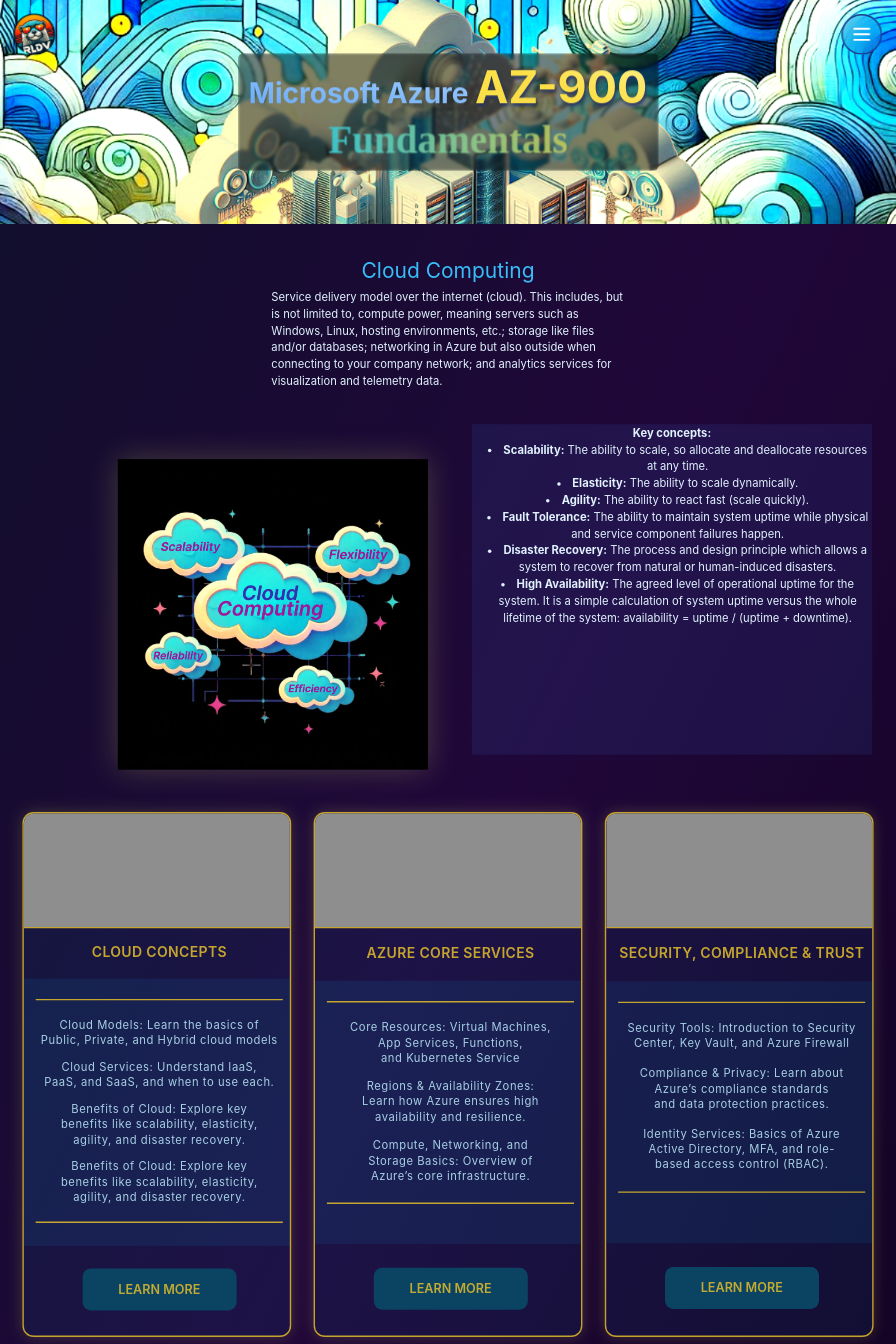
Repository: Freezler/az-900_svelte5
Page: /
The author's editor kept a copy of each file at every save. The page is drawn from the files as they stood at one save, then again after the next save.
The browser window is 1280 px wide. The pictures show the part of the page from y = 0 to 1920 px (the page is 2638 px tall), at 70% of full size.
Pictures or frames that could not be fetched are drawn as grey boxes. The project was rebuilt for these pictures with package versions that can differ from the ones it lists, and the page was loaded fresh each time. The framework's server and built-in components were replaced by stand-ins that run in the browser. Also part of the build but not shown: vite.config.ts.

Above is the page before, as saved 2024-11-10 10:41:53.

After the next save:
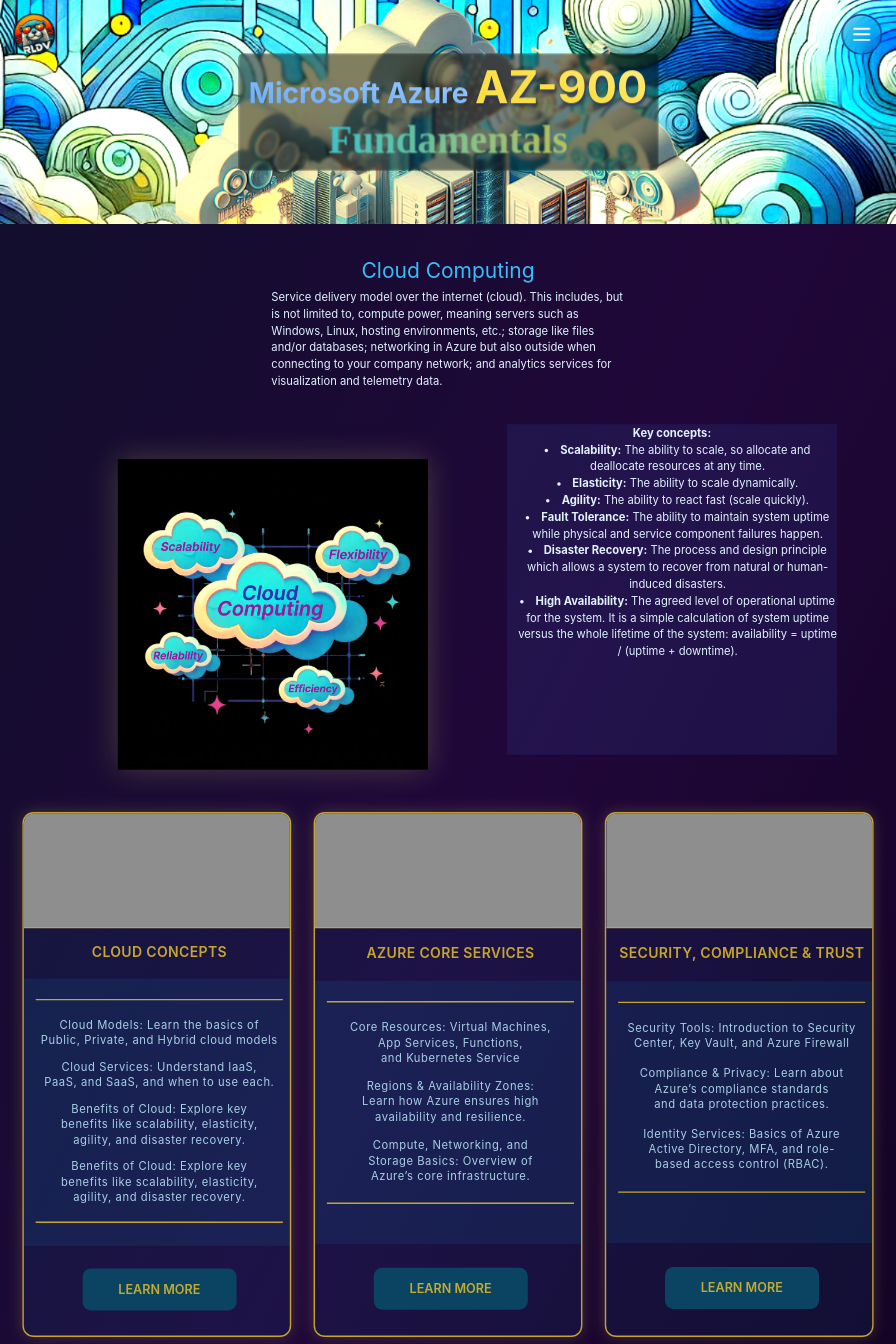
Saved 5 s later.
--- a/src/components/ComputingArticle.svelte
+++ b/src/components/ComputingArticle.svelte
@@ -17,7 +17,7 @@
 		class=" text-sky-100 drop-shadow-[0_0px_22px_rgba(255,255,99,0.2)] w-[572px] place-self-end"
 	/>
 	<article
-		class=" bg-blue-500/10  text-sky-100 w-[572px] h-[472px] "
+		class=" bg-blue-500/10  text-sky-100 w-[472px] h-[472px] "
 	>
 		<p><strong>Key concepts:</strong></p>
 		<ul class="list-inside list-disc pl-4">
